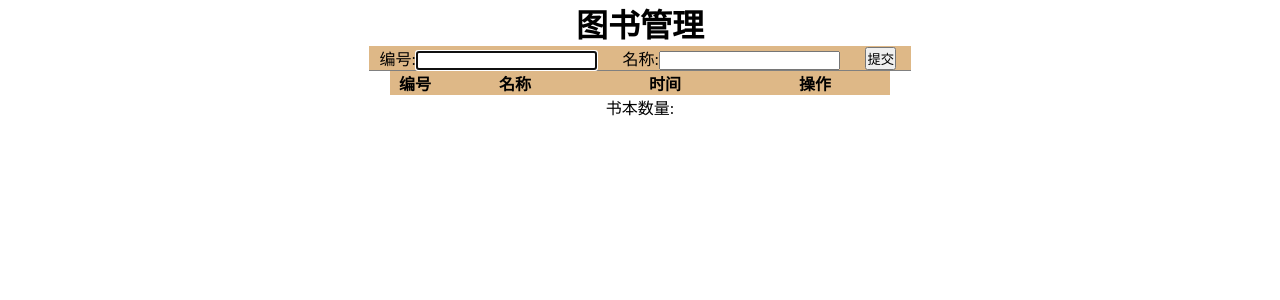
Repository: chenguocan/Vue_axios
Page: mybook/public/books.html
These files come from the project's save history. The page is drawn as it stood at one moment and after the next save; the edit follows.
The browser window is 1280 px wide. The pictures show the whole page.
The page's requests for data from a server got no answer.

Above is the page before, as saved 2020-07-25 15:06:46.

### mybook/public/books.html
<!DOCTYPE html>
<html lang="en">
  <head>
    <meta charset="UTF-8" />
    <meta name="viewport" content="width=device-width, initial-scale=1.0" />
    <title>Document</title>
    <style>
      @import url("public/css/index.css");
    </style>
  </head>
  <body>
    <div id="app">
      <div class="book">
        <h1>图书管理</h1>
        <div class="user">
          <table>
            <tr>
              <td>
                编号:<input
                  type="text"
                  name="id"
                  v-model="addid"
                  v-bind:disabled="flag"
                  v-focus
                />
              </td>
              <td>
                名称:<input
                  type="text"
                  name="bookname"
                  v-model.lazy="addbook"
                />
              </td>
              <td>
                <button v-on:click="AddBook" v-bind:disabled="btn">提交</button>
                <p>{{tip}}</p>
              </td>
            </tr>
          </table>
        </div>
        <div class="bookmsg">
          <table>
            <thead>
              <tr>
                <th width="50">编号</th>
                <th width="150">名称</th>
                <th width="150">时间</th>
                <th width="150">操作</th>
              </tr>
            </thead>
            <tbody>
              <tr :key="item.id" v-for="(item,index) in book">
                <td>{{item.id}}</td>
                <td>{{item.bookname}}</td>
                <td>{{item.date | format('yyyy-MM-DD hh:mm:ss')}}</td>
                <td>
                  <a href="#" @click.prevent="revise(index)">修改</a>|<a
                    href=""
                    @click.prevent="del(index)"
                    >删除</a
                  >
                </td>
              </tr>
            </tbody>
          </table>
        </div>
        <div><span>书本数量:{{caculatorBook}}</span></div>
      </div>
    </div>
  </body>
  <script src="./js/vue.js"></script>
  <script src="./js/axios.js"></script>
  <script>
    axios.defaults.baseURL = "http://localhost:3000";
    Vue.directive("focus", {
      inserted: function (el) {
        el.focus();
        //console.log(el);
      },
    });
    Vue.filter("format", function (value, arg) {
      function dateFormat(date, format) {
        if (typeof date === "string") {
          var mts = date.match(/(\/Date\((\d+)\)\/)/);
          if (mts && mts.length >= 3) {
            date = parseInt(mts[2]);
          }
        }
        date = new Date(date);
        if (!date || date.toUTCString() == "Invalid Date") {
          return "";
        }
        var map = {
          M: date.getMonth() + 1, //月份
          d: date.getDate(), //日
          h: date.getHours(), //小时
          m: date.getMinutes(), //分
          s: date.getSeconds(), //秒
          q: Math.floor((date.getMonth() + 3) / 3), //季度
          S: date.getMilliseconds(), //毫秒
        };

        format = format.replace(/([yMdhmsqS])+/g, function (all, t) {
          var v = map[t];
          if (v !== undefined) {
            if (all.length > 1) {
              v = "0" + v;
              v = v.substr(v.length - 2);
            }
            return v;
          } else if (t === "y") {
            return (date.getFullYear() + "").substr(4 - all.length);
          }
          return all;
        });
        return format;
      }
      return dateFormat(value, arg);
    });
    let app = new Vue({
      el: "#app",
      data: {
        flag: false,
        tip: "",
        addbook: "",
        addid: "",
        btn: false,
        book: [],
      },
      methods: {
        //添加图书
        //通过创建一个对象,把一整个对象push到数组当中
        AddBook: function (value) {
          //Vue.set(this.book, this.book[4].id, this.addid);
          if (this.flag) {
            this.book.some((item) => {
              if (item.id == this.addid) {
                item.bookname = this.addbook;
                return true; //终止遍历
                this.flag = false;
              }
            });
          } else {
            var ab = {};
            ab.id = this.addid;
            ab.bookname = this.addbook;
            ab.date = "2018-01-01";
            this.book.push(ab);
          }
          // 清空表单
          this.id = "";
          this.bookname = "";
          //Vue.set(this.book, this.book[1], this.bookname);
          //console.log(this.book[1].bookname);
          // console.log(this.book[addid].id);
        },
        del: function (index) {
          this.book.splice(index, 1);
        },
        revise: function (index) {
          this.flag = true;
          // if (this.addid === this.book.length) {
          //     var ab = {};
          //     console.log(this.addid);
          //     ab.id = this.addid;
          //     ab.bookname = this.addbook;
          //     ab.date = "2018-01-01";
          //     this.book.push(ab);
          //   }
          this.addid = this.book[index].id;
          this.addbook = this.book[index].bookname;
        },
      },
      //计算属性
      computed: {
        //计算图书数量
        caculatorBook: function () {
          return this.book.length;
        },
      },
      //侦听器
      watch: {
        addbook: function (val) {
          //验证图书名称是否已经存在
          var flag = this.book.some(function (item) {
            return item.bookname == val;
          });
          if (flag) {
            //图书名称存在
            this.btn = true;
          } else {
            //图书名称不存在
            this.btn = false;
          }
        },
      },
      mounted: function () {
        //该声明周期钩子函数被触发的时候,模板已经可以使用了
        //一般此时用于获取后台数据,然后把数据填充到模板
        var data = axios.get("/books").then((data) => {
          console.log(data);
        });
        this.book = data;
      },
    });
  </script>
</html>

### mybook/public/css/index.css
* {
  margin: 0;
  padding: 0;
  box-sizing: border-box;
}
.book {
  text-align: center;
}
.user {
  display: flex;
  justify-content: center;
}
.user table {
  border-bottom: 1px solid gray;
}
table {
  border-collapse: collapse;
}
th {
  background-color: burlywood;
}
.user td {
  padding: 0 15px 0 10.5px;
  background-color: burlywood;
}
td {
  border-collapse: collapse;
}
.bookmsg {
  display: flex;
  justify-content: center;
}

Loaded but not shown: mybook/public/js/vue.js (library); mybook/public/js/axios.js (1660 lines, source omitted)

After the next save:
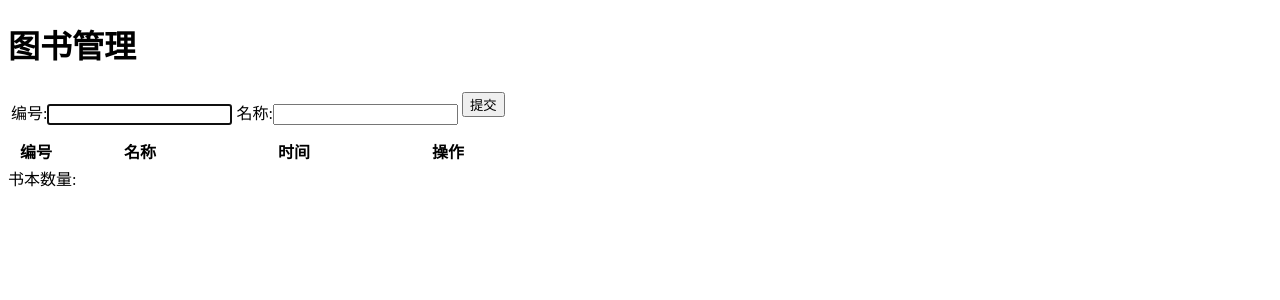
Saved 66 s later.
--- a/mybook/public/books.html
+++ b/mybook/public/books.html
@@ -4,9 +4,7 @@
     <meta charset="UTF-8" />
     <meta name="viewport" content="width=device-width, initial-scale=1.0" />
     <title>Document</title>
-    <style>
-      @import url("public/css/index.css");
-    </style>
+    <style></style>
   </head>
   <body>
     <div id="app">

After the 3 saves that followed:
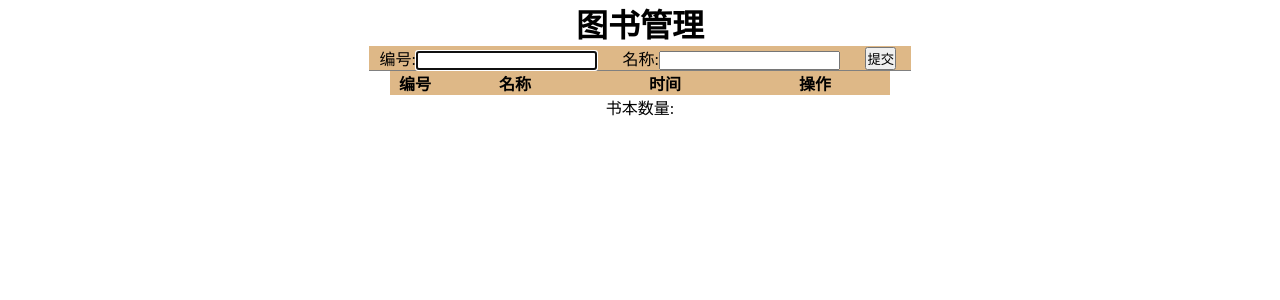
The 3 saves are shown as one change because 2 left the picture as it was.
The last was saved 85 s later.
--- a/mybook/public/books.html
+++ b/mybook/public/books.html
@@ -4,7 +4,7 @@
     <meta charset="UTF-8" />
     <meta name="viewport" content="width=device-width, initial-scale=1.0" />
     <title>Document</title>
-    <style></style>
+    <link rel="stylesheet" type="text/css" href="css/index.css" />
   </head>
   <body>
     <div id="app">
